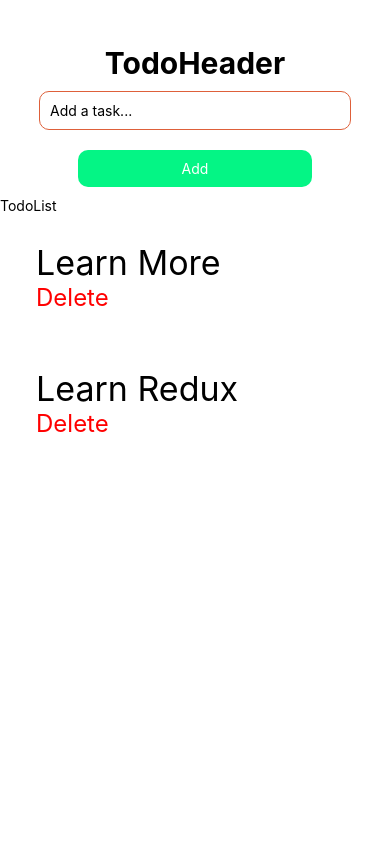
Repository: itadori17/Redux-Todo
Screen: /
The author's editor kept a copy of each file at every save. The screen is drawn from the files as they stood at one save, then again after the next save.
The app was drawn by React Native's web renderer in a window 390 px wide. The project was rebuilt for these pictures with package versions that can differ from the ones it lists, and the page was loaded fresh each time.

Above is the screen before, as saved 2022-08-16 16:46:27.

After the next save:
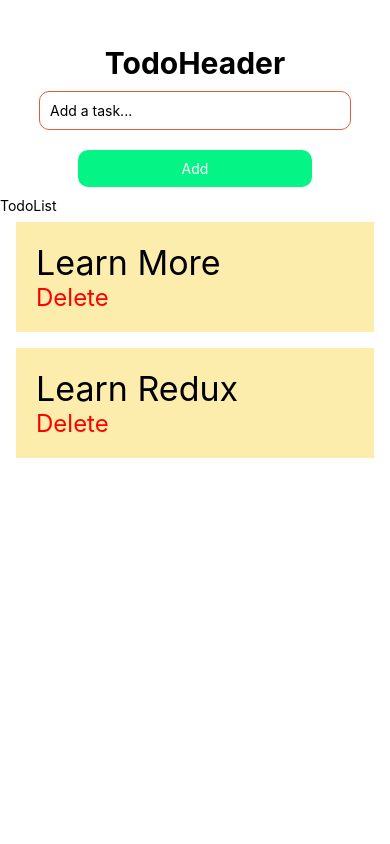
Saved 49 s later.
--- a/src/components/TodoList.js
+++ b/src/components/TodoList.js
@@ -40,7 +40,7 @@ export default TodoList
 
 const styles = StyleSheet.create({
     item: {
-        backgroundColor: '',
+        backgroundColor: '#FCEDAD',
         padding: 20,
         marginVertical: 8,
         marginHorizontal: 16,
